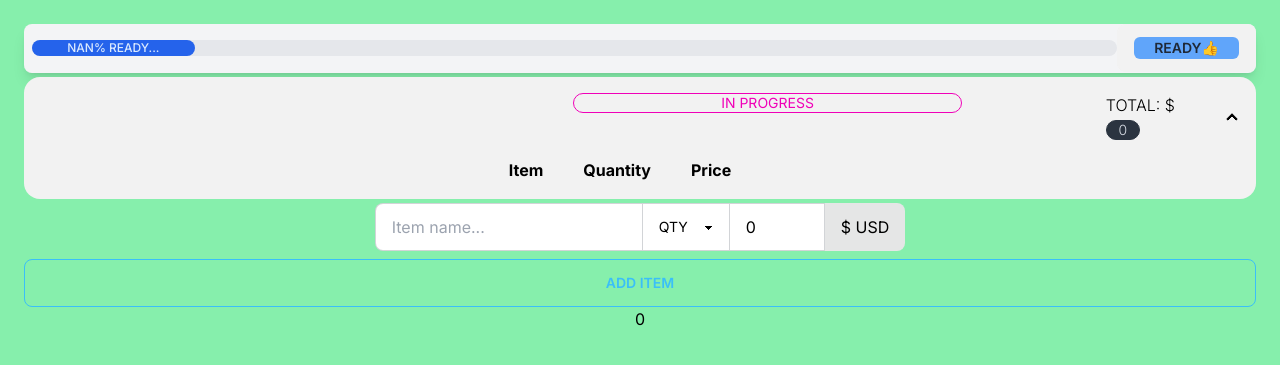
Repository: bitepay/bitepay-xyz
Page: /table
The author's editor kept a copy of each file at every save. The page is drawn from the files as they stood at one save, then again after the next save.
The browser window is 1280 px wide. The pictures show the whole page.
The page's requests for data from a server got no answer. The project was rebuilt for these pictures with package versions that can differ from the ones it lists, and the page was loaded fresh each time. The framework's server and built-in components were replaced by stand-ins that run in the browser. No one was signed in, and anything a server would have sent is missing. Also part of the build but not shown: next.config.js.

Above is the page before, as saved 2023-06-27 08:23:39.

### src/pages/_app.js
import '@/styles/globals.css';
import { UserSocketProvider } from '@/context/UserSocketContext';

export default function App({ Component, pageProps }) {
  return (
    <UserSocketProvider>
      <Component {...pageProps} />
    </UserSocketProvider>
  )
}

### src/pages/table.js

// import Image from 'next/image'
import Head from "next/head"
// import Link from "next/link"
import { Inter } from 'next/font/google'

import { useUserSocketContext } from '@/context/UserSocketContext'

import { AddItemInput } from '@/components/AddItemInput'
import { ProgressBar } from '@/components/ProgressBar'
import { UserBill } from '@/components/UserBill'
import { MembersBill } from '@/components/MembersBill'

const inter = Inter({ subsets: ['latin'] })

export default function Table() {

  const { socket, user, tableMembers } = useUserSocketContext();

  if (user.tableID !== 0) {
    socket.emit('joinTable', user)
  }

  const handleUserDelete = (user, payload) => {
    socket.emit('userDeleteItem', {user, payload})
  };

  const handleUserUpdate = (user, payload) => {
    socket.emit('userUpdate', {user, payload})
  };

  const userUpdateStatus = (user) => {
    if (user.status === 'PROCESSING') {
      socket.emit('userUpdateStatus', { ...user, status: 'READY' })
    } else {
      socket.emit('userUpdateStatus', { ...user, status: 'PROCESSING' })
    }
  }

  return (
    <>
      <Head>
        <title>BitePay - Table</title>
        <meta name="description" content="The fastest and easiest way to divvy up the dining bill between your friends."></meta>
      </Head>

      <main className={`flex min-h-screen flex-col items-center p-6 ${inter.className} bg-green-300`} >

        <ProgressBar user={user} tableMembers={tableMembers} userUpdateStatus={userUpdateStatus} />
        <UserBill user={user} handleUserDelete={handleUserDelete} />
        <AddItemInput user={user} handleUserUpdate={handleUserUpdate} />
        <MembersBill tableMembers={tableMembers} userId={user.id}/>

      </main>
    </>
  )
}

### src/context/UserSocketContext.js
'use client';
import React, { createContext, useEffect, useState, useContext } from 'react'
import { io } from 'socket.io-client'


// Create a new context
const UserSocketContext = createContext({});

// Custom context provider component
export const UserSocketProvider = ({ children }) => {

  const [socket, setSocket] = useState(null);

  const [user, setUser] = useState({
    id: '',
    username: '',
    tableID: 0,
    myItems: [],
    tip: 15,
    total: 0,
    status: 'PROCESSING',
  });

  const [tableMembers, setTableMembers] = useState([]);

  // Establish the Socket.IO connection when the component mounts
  useEffect(() => {

    const socket = io('https://bitepay.xyz');
    setSocket(socket);

    socket.on('connect', () => {
      console.log('Successfully connected to the ws server!')
    })

    // set user id to the websocket id
    socket.on('setId', (data) => setUser((prevUser) => {
      prevUser.id = data
      return prevUser;
    }));

    // listen to events from ws server regarding members of the table
    socket.on('tableMembers', (data) => setTableMembers((prevTableMembers) => { return [...data.slice()] }));

    // listen to events from ws server regarding updates to tableMembers
    socket.on('tableMemberUpdate', (data) => {

      if (data.id === user.id) {
        setUser((prevUser) => {
          prevUser.myItems = data.myItems;
          prevUser.tip = data.tip;
          prevUser.total = data.total;
          prevUser.status = data.status;
          return prevUser;
        })
      }

      setTableMembers((prevTableMembers) => {
        return prevTableMembers.map((member) => {
          if (member.id === data.id) {
            member.myItems = data.myItems
            member.tip = data.tip
            member.total = data.total
            member.status = data.status
            return member
          } else {
            return member
          }
        })
      })
    });

    // listen to events from ws server regarding members leaving the table
    socket.on('userLeft', (data) => {
      setTableMembers((prevTableMembers) => {
        return prevTableMembers.filter((member) => {
          return member.id !== data.id
        })
      })
    });

    socket.on('disconnect', () => {
      console.log('Disconnected from the ws server!');
    });

    // Clean up the socket connection when the component unmounts
    return () => {
      socket.off('connect');
      socket.off('setId');
      socket.off('tableMembers');
      socket.off('tableMemberUpdate');
      socket.off('userLeft');
      socket.disconnect();
    };
  }, [user.id]);

  // Provide the socket object to the child components
  return (
    <UserSocketContext.Provider value={{socket, user, setUser, tableMembers, setTableMembers}}>
      {children}
    </UserSocketContext.Provider>
  );
};

// Export the SocketContext
export default UserSocketContext;

// Export a custom hook that can be used to consume this context
export const useUserSocketContext = () => useContext(UserSocketContext);

### src/components/AddItemInput.jsx
import { useState } from 'react';

export const AddItemInput = ({ handleUserUpdate, user }) => {
	const [itemName, setItemName] = useState('');
	const [itemPrice, setItemPrice] = useState(0);
	const [itemQuantity, setItemQuantity] = useState(0);

	const handleClick = (e)=> {
			e.preventDefault();
			if (itemQuantity === 0) {
					alert("Don't forget to add quantity!");
			}
			else if (itemPrice <= 0) {
					alert("Please don't forget to add your item's price!");
			}
			else if (itemName != "" && itemPrice > 0 && itemQuantity > 0) {
					const itemID = Math.ceil(Math.random()*1000000000);
					const payload = {itemID, itemName, itemPrice, itemQuantity};
					handleUserUpdate(user, payload);
					setItemName('');
					setItemPrice(0);
			} else {
					alert("Please fill out all fields");
			}
	}

	return (
		<>
			<div className="join mx-auto">

				<div>
					<input className="input input-bordered join-item max-w-34" placeholder="Item name..." value={itemName} onChange={(e) => {setItemName(e.target.value)}}/>
				</div>


				<select className="select select-bordered join-item" value={itemQuantity} onChange={(e) => setItemQuantity(e.target.value)}>
					<option disabled value={0}>QTY</option>
					<option value={1/4}>
							1/4
					</option>
					<option value={1/3}>
							1/3
					</option>
					<option value={1/2}>
							1/2
					</option>
					<option value={1}>
							1
					</option>
					<option value={2}>
							2
					</option>
					<option value={3}>
							3
					</option>
					<option value={4}>
							4
					</option>
				</select>

				<div>
					<label className="input-group">
						<input className="input input-bordered join-item w-24" placeholder="0.00" type="number" value={itemPrice} onChange={(e) => {setItemPrice(e.target.value)}}/>
						<span className="text-center">$ USD</span>
					</label>
				</div>
			</div>
			<button class="btn btn-block btn-outline btn-info mt-2" onClick={(e) => handleClick(e) }>ADD ITEM</button>
		</>
	)
};

### src/components/ProgressBar.jsx
import { useState, useEffect } from 'react';

export const ProgressBar = ({ tableMembers, user, userUpdateStatus }) => {

  const [progress, setProgress] = useState(0);

  useEffect(() => {
    const completed = tableMembers.filter((member) => member.status === 'READY');
    const progress = Math.round(100 * ((completed.length / tableMembers.length) * 100)) / 100;
    setProgress(progress);

    console.log(`Re-render triggered from tableMember update in ProgressBar. Progress is now ${progress}%`)
  }, [tableMembers])

  const progressBar = (progress) => {
    if (progress === 100) {
      return (
          <div className="w-full bg-gray-200 rounded-full dark:bg-gray-700">
            <div className="bg-green-600 text-xs font-medium text-green-100 text-center p-0.5 leading-none rounded-full" style={{width: `${progress}%`}}> {progress}% COMPLETE! </div>
          </div>
      )
    } else {
      return (
        <div className="w-full bg-gray-200 rounded-full dark:bg-gray-700">
            <div className="bg-blue-600 text-xs font-medium text-blue-100 text-center p-0.5 leading-none rounded-full" style={{width: `${progress < 15 ? 15 : progress}%`}}> {progress}% READY... </div>
          </div>
      )
    }
  }

  const handleChange = () => {
    userUpdateStatus(user)
  }

  const toggleStatusButton = (status) => {
    return (
      <label className="btn swap swap-rotate">

        {/* this hidden checkbox controls the state */}
        <input type="checkbox" onChange={() => handleChange()} checked={user.status === 'READY'}/>

        {/* ready icon */}

        <div class="swap-on bg-red-400 p-1 rounded-md">Make changes</div>
        <div class="swap-off bg-blue-400 p-1 rounded-md">Ready👍</div>

        {/* not ready icon */}


      </label>
    )

  }



  return (

      <div className="w-full flex items-center justify-between mb-.5 mx-auto pl-2 overflow-hidden rounded-lg shadow-lg bg-gray-100 uppercase border-b border-gray-100">
          {progressBar(progress)}
        <div id="final-bill-button">
          {toggleStatusButton(user.status)}
        </div>
      </div>

  )
}

### src/components/UserBill.jsx
export const UserBill = ({ user, handleUserDelete }) => {

  const UserItem = (item) => {
    const { itemID, itemName, itemPrice, itemQuantity } = item

    return (
      <tr key={`user-item-${itemID}`}>
				<td className="px-5">{itemName}</td>
				<td className="px-5">{itemQuantity}</td>
				<td className="px-5">{itemPrice}</td>
				{/* This is where we need to add the delete button for User delete feature */}
				<td className="px-5"><button className="btn btn-outline btn-error" onClick={() => handleUserDelete(user, item)} disabled={user.status === 'READY'}>DELETE</button></td>
			</tr>
    )
  }

  return (
    <div className="collapse collapse-arrow bg-base-200 m-1">
      <input type="radio" name="my-accordion-2" defaultChecked="true"/>
      <div className="collapse-title">
        {/* This is where we need to render name, status, and total */}
        <div className="flex justify-between">
          <div className="font-medium w-1/3">
            {user.username}
          </div>
          <div className={`badge w-1/3 ${user.status === 'READY' ? 'badge-accent' : 'badge-secondary badge-outline'}`}>
            {user.status === 'READY' ? 'READY' : 'IN PROGRESS'}
          </div>
          <div className="font-light">
            TOTAL{': $ '}
            <div className={`badge w-1/3 ${user.status === 'READY' ? 'badge-primary' : 'badge-neutral'}`}>
              {user.total}
            </div>
          </div>

        </div>
      </div>
      <div className="collapse-content">
        {/* This is where I need to map through user items */}
        <table className="table-auto mx-auto">
          <thead>
            <tr>
              <th className="px-5">Item</th>
              <th className="px-5">Quantity</th>
              <th className="px-5">Price</th>
              <th className="px-5"></th>
            </tr>
          </thead>
          <tbody>
            {user.myItems.map((item) => UserItem(item))}
          </tbody>
          </table>
      </div>
    </div>
  )
}

### src/components/MembersBill.jsx
export const MembersBill = ({ tableMembers, userId }) => {

  const MemberItem = (item) => {
    const { itemID, itemName, itemPrice, itemQuantity } = item

    return (
      <tr key={`member-item-${itemID}`}>
        <td className="px-5">{itemName}</td>
        <td className="px-5">{itemQuantity}</td>
        <td className="px-5">{itemPrice}</td>
        <td className="px-5">{' '}</td>
      </tr>
    )
  }

  return (
    <>
      {tableMembers.length && tableMembers.map((member) => {
        if (member.id !== userId) {
          return (
            <div key={`${member.id}-list-items`} className="collapse collapse-arrow bg-base-200 m-1">
              <input type="radio" name="my-accordion-2"/>
              <div className="collapse-title text-xl font-medium">
                {/* This is where we need to render name, status, and total */}
                {member.username}
              </div>
              <div className="collapse-content">
              <table className="table-auto mx-auto">
                <thead>
                  <tr>
                    <th className="px-5">Item</th>
                    <th className="px-5">Quantity</th>
                    <th className="px-5">Price</th>
                    <th className="px-5"></th>
                  </tr>
                </thead>
                <tbody>
                  {member.myItems?.length ? member.myItems.map((item) => MemberItem(item)) : <tr key="user-no-items"><td>No items yet</td></tr>}
                </tbody>
                </table>
              </div>
            </div>
          )
        }
      })}
    </>
  )
};

### tailwind.config.js
/** @type {import('tailwindcss').Config} */
module.exports = {
  content: [
    './src/pages/**/*.{js,ts,jsx,tsx,mdx}',
    './src/components/**/*.{js,ts,jsx,tsx,mdx}',
    './src/app/**/*.{js,ts,jsx,tsx,mdx}',
  ],
  theme: {
    extend: {
      backgroundImage: {
        'gradient-radial': 'radial-gradient(var(--tw-gradient-stops))',
        'gradient-conic':
          'conic-gradient(from 180deg at 50% 50%, var(--tw-gradient-stops))',
      },
    },
  },
  daisyui: {
    themes: [
      "light",
      "dark"
    ],
  },
  plugins: [require("daisyui")],
}

Loaded but not shown: src/pages/_document.js (common file); src/styles/globals.css (common file)

After the next save:
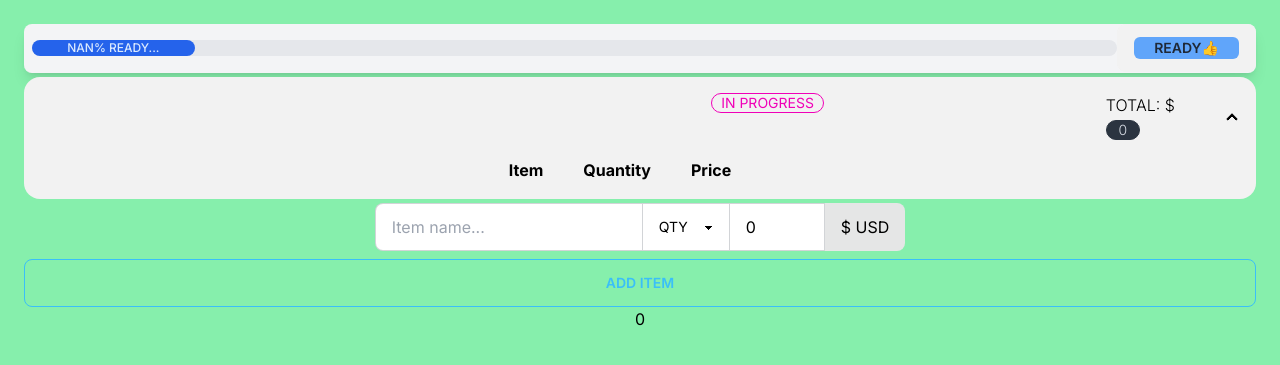
Saved 34 s later.
--- a/src/components/UserBill.jsx
+++ b/src/components/UserBill.jsx
@@ -23,7 +23,7 @@ export const UserBill = ({ user, handleUserDelete }) => {
           <div className="font-medium w-1/3">
             {user.username}
           </div>
-          <div className={`badge w-1/3 ${user.status === 'READY' ? 'badge-accent' : 'badge-secondary badge-outline'}`}>
+          <div className={`badge ${user.status === 'READY' ? 'badge-accent' : 'badge-secondary badge-outline'}`}>
             {user.status === 'READY' ? 'READY' : 'IN PROGRESS'}
           </div>
           <div className="font-light">
